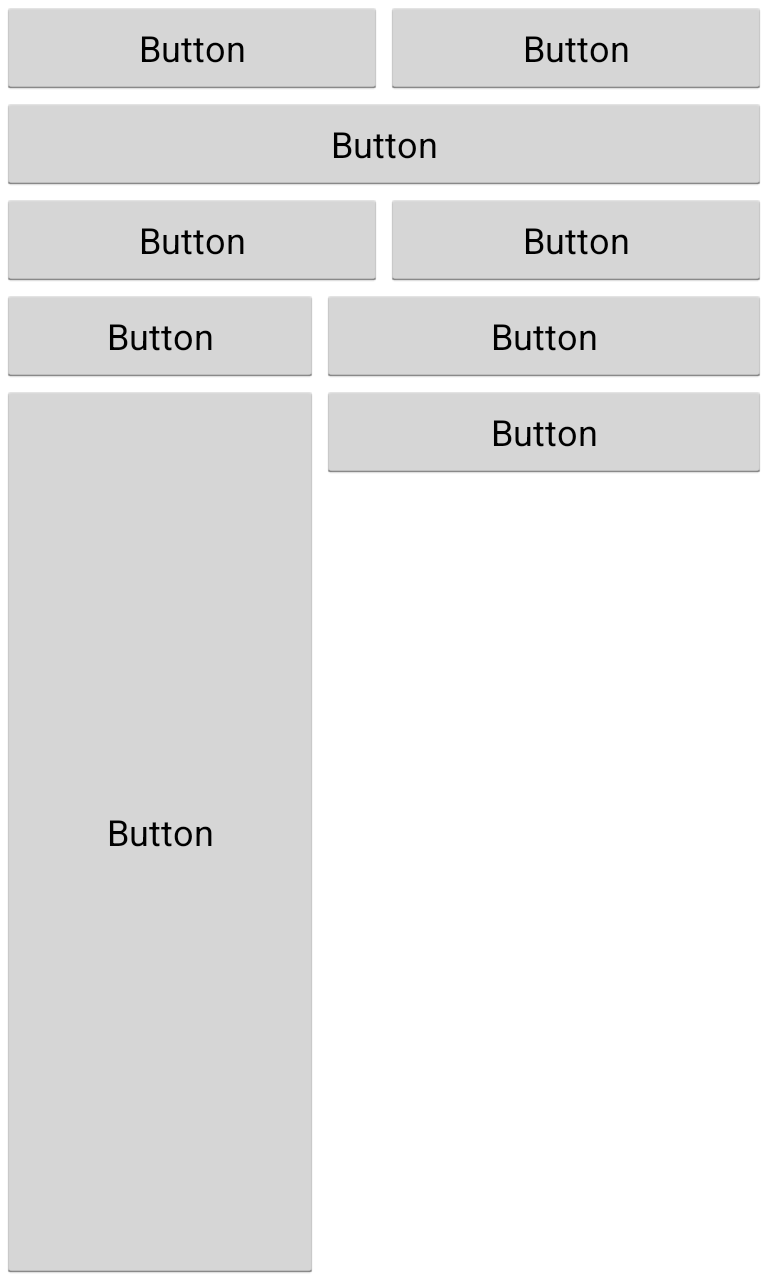
Repository: JaviInf/AndroidEjercicios
Layout: EjercicioLinearLayout/res/layout/activity_linear.xml
These files come from the project's save history. The layout is drawn as it stood at one moment and after the next save; the edit follows.
It is drawn on a 768 x 1280 px phone screen (xhdpi) without system bars, with theme AppTheme; the app's code is not run.

Above is the layout before, as saved 2014-05-07 06:52:10.

### EjercicioLinearLayout/res/layout/activity_linear.xml
<FrameLayout xmlns:android="http://schemas.android.com/apk/res/android"
    xmlns:tools="http://schemas.android.com/tools"
    android:id="@+id/container"
    android:layout_width="match_parent"
    android:layout_height="match_parent"
    tools:context="com.example.ejerciciolinearlayout.LinearActivity"
    tools:ignore="MergeRootFrame" >

    <LinearLayout
        android:layout_width="match_parent"
        android:layout_height="match_parent"
        android:orientation="vertical" >

        <LinearLayout
            android:layout_width="match_parent"
            android:layout_height="wrap_content" >

            <Button
                android:id="@+id/button1"
                android:layout_width="wrap_content"
                android:layout_height="wrap_content"
                android:layout_weight="1"
                android:text="Button" />

            <Button
                android:id="@+id/button2"
                android:layout_width="wrap_content"
                android:layout_height="wrap_content"
                android:layout_weight="1"
                android:text="Button" />
        </LinearLayout>

        <Button
            android:id="@+id/button3"
            android:layout_width="match_parent"
            android:layout_height="wrap_content"
            android:text="Button" />

        <LinearLayout
            android:layout_width="match_parent"
            android:layout_height="wrap_content" >

            <Button
                android:id="@+id/button4"
                android:layout_width="wrap_content"
                android:layout_height="wrap_content"
                android:layout_weight="1"
                android:text="Button" />

            <Button
                android:id="@+id/button5"
                android:layout_width="wrap_content"
                android:layout_height="wrap_content"
                android:layout_weight="1"
                android:text="Button" />

        </LinearLayout>

        <LinearLayout
            android:layout_width="match_parent"
            android:layout_height="match_parent" >

            <LinearLayout
                android:layout_width="160dp"
                android:layout_height="match_parent"
                android:orientation="vertical" >

                <Button
                    android:id="@+id/button6"
                    android:layout_width="fill_parent"
                    android:layout_height="wrap_content"
                    android:text="Button" />

                <Button
                    android:id="@+id/button8"
                    android:layout_width="match_parent"
                    android:layout_height="match_parent"
                    android:text="Button" />

            </LinearLayout>

            <LinearLayout
                android:layout_width="match_parent"
                android:layout_height="match_parent"
                android:orientation="vertical" >

                <Button
                    android:id="@+id/button7"
                    android:layout_width="match_parent"
                    android:layout_height="wrap_content"
                    android:layout_weight="0"
                    android:text="Button" />

                <Button
                    android:id="@+id/button9"
                    android:layout_width="match_parent"
                    android:layout_height="wrap_content"
                    android:text="Button" />

            </LinearLayout>

        </LinearLayout>

    </LinearLayout>

</FrameLayout>

Loaded but not shown: EjercicioLinearLayout/res/values/styles.xml (common file); EjercicioLinearLayout/res/values-v11/styles.xml (common file); EjercicioLinearLayout/res/values-v14/styles.xml (common file)

After the next save:
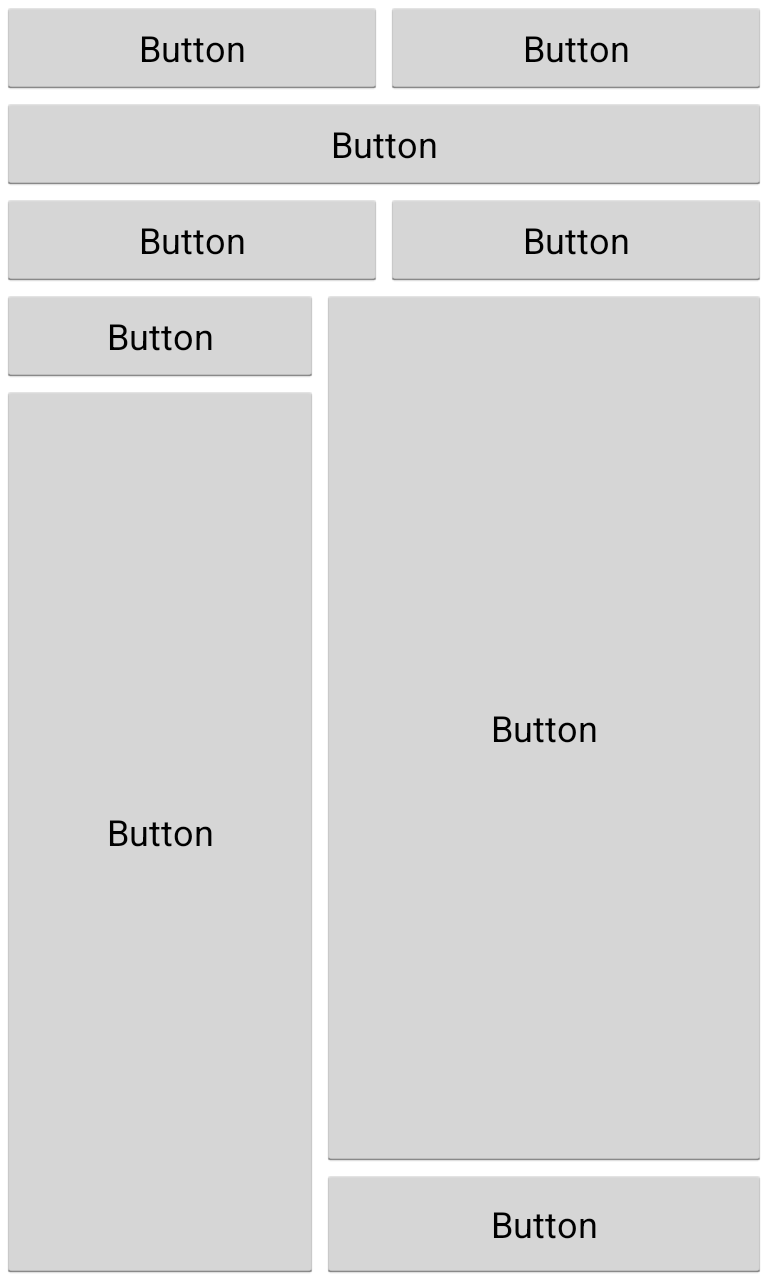
Saved 2 min 26 s later.
--- a/EjercicioLinearLayout/res/layout/activity_linear.xml
+++ b/EjercicioLinearLayout/res/layout/activity_linear.xml
@@ -88,13 +88,14 @@
                     android:id="@+id/button7"
                     android:layout_width="match_parent"
                     android:layout_height="wrap_content"
-                    android:layout_weight="0"
+                    android:layout_weight="50"
                     android:text="Button" />
 
                 <Button
                     android:id="@+id/button9"
                     android:layout_width="match_parent"
                     android:layout_height="wrap_content"
+                    android:layout_weight="1"
                     android:text="Button" />
 
             </LinearLayout>
